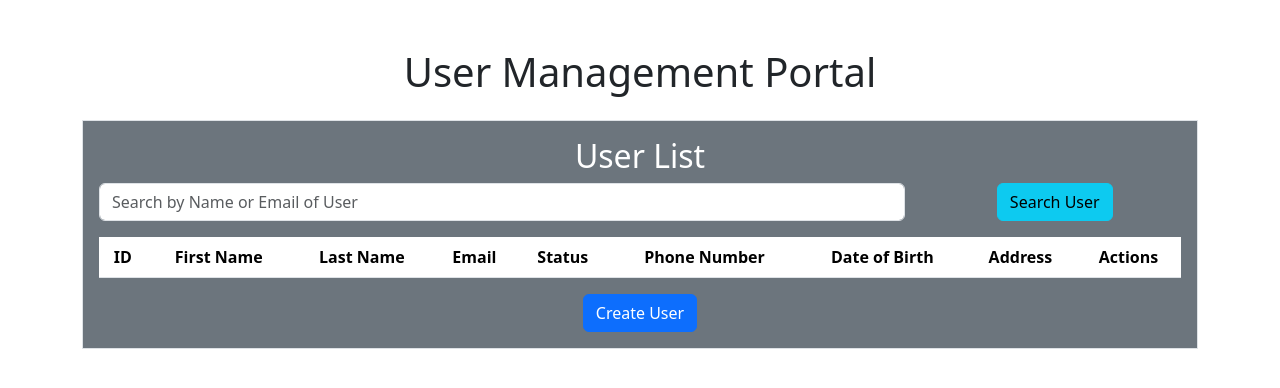
Repository: nairshreejith/reactstudent3
Page: /
An editor plug-in stored every save of this project. The page is shown before and after the next save, followed by the edit.
The browser window is 1280 px wide. The pictures show the whole page.
The page's requests for data from a server got no answer. The project was rebuilt for these pictures with package versions that can differ from the ones it lists, and the page was loaded fresh each time. No one was signed in, and anything a server would have sent is missing.

Above is the page before, as saved 2023-09-15 18:57:00.

### src/App.js
import React, { useState, useEffect } from 'react';
import './App.css';
import './custom.css';
import axios from 'axios';

const api = axios.create({
  baseURL: 'http://localhost:8091', // Replace with your server's URL
});

function App() {
  const [users, setUsers] = useState([]);
  const [searchTerm, setSearchTerm] = useState('');
  const [newUser, setNewUser] = useState({
    firstname: '',
    lastname: '',
    email: '',
    status: '',
    phonenumber: '',
    dob: '',
    address: '',
  });
  const [editingUser, setEditingUser] = useState(null);
  const [showCreateForm, setShowCreateForm] = useState(false); // Track whether to display the create user form

  useEffect(() => {
    fetchUsers();
  }, []);

  const fetchUsers = () => {
    api.get(`/api/users`)
      .then((response) => setUsers(response.data))
      .catch((error) => console.error(error));
  };

  const handleSearch = () => {
    api.get(`/api/users/search/${searchTerm}`)
      .then((response) => setUsers(response.data))
      .catch((error) => console.error(error));
  };

  const handleCreateUser = () => {
    api.post('/api/users', newUser)
      .then(() => {
        fetchUsers();
        setNewUser({
          firstname: '',
          lastname: '',
          email: '',
          status: '',
          phonenumber: '',
          dob: '',
          address: '',
        });
        setShowCreateForm(false);
      })
      .catch((error) => console.error(error));
  };

  const handleModifyUser = (id) => {
    // Implement the logic to modify a user's data
    const modifiedUserData = users.find((user) => user.id === id);

    api.put(`/api/users/${id}`, modifiedUserData)
      .then(() => {
        // Refresh user list after modification
        fetchUsers();
        setEditingUser(null); // Clear the editing state
      })
      .catch((error) => console.error(error));
  };

  const handleDeleteUser = (id) => {
    api.delete(`/api/users/${id}`)
      .then(() => {
        fetchUsers();
      })
      .catch((error) => console.error(error));
  };

  return (
    <div className="App container mt-5">
      <h1 className="mb-4">User Management Portal</h1>
      <div className="border bg-secondary text-white p-3 mb-4">
        <h2>User List</h2>
        <div className="mb-3">
          <div className="row">
            <div className="col-md-9">
              <input type="text" className="form-control" placeholder="Search by Name or Email of User" value={searchTerm} onChange={(e) => setSearchTerm(e.target.value)} />
            </div>
            <div className="col-md-3">
              <button className="btn btn-info" onClick={handleSearch}>Search User</button>
            </div>
          </div>
        </div>
        <table className="table table-striped">
          <thead>
            <tr>
              <th>ID</th>
              <th>First Name</th>
              <th>Last Name</th>
              <th>Email</th>
              <th>Status</th>
              <th>Phone Number</th>
              <th>Date of Birth</th>
              <th>Address</th>
              <th>Actions</th>
            </tr>
          </thead>
          <tbody>
            {users.map((user) => (
              <tr key={user.id}>
                <td>{user.id}</td>
                <td>
                  {editingUser === user.id ? (
                    <input
                      type="text"
                      className="form-control"
                      value={user.firstname}
                      onChange={(e) => {
                        const updatedUser = { ...user, firstname: e.target.value };
                        const updatedUsers = [...users];
                        updatedUsers[updatedUsers.findIndex((u) => u.id === user.id)] = updatedUser;
                        setUsers(updatedUsers);
                      }}
                    />
                  ) : (
                    user.firstname
                  )}
                </td>
                {/* Render other user attributes */}
                <td>{user.lastname}</td>
                <td>{user.email}</td>
                <td>{user.status}</td>
                <td>{user.phonenumber}</td>
                <td>{user.dob}</td>
                <td>{user.address}</td>
                <td>
                  {editingUser === user.id ? (
                    <button className="btn btn-success" onClick={() => handleModifyUser(user.id)}>Save User</button>
                  ) : (
                    <>
                      <button className="btn btn-warning" onClick={() => setEditingUser(user.id)}>Edit User</button>
                      <button className="btn btn-danger" onClick={() => handleDeleteUser(user.id)}>Delete User</button>
                    </>
                  )}
                </td>
              </tr>
            ))}
          </tbody>
        </table>
        <button className="btn btn-primary" onClick={() => setShowCreateForm(!showCreateForm)}>
          {showCreateForm ? "Cancel" : "Create User"}
        </button>
        {showCreateForm && (
          <div>
            <h2>Create New User</h2>
            <div className="row">
              <div className="col-md-3">
                <input type="text" className="form-control" placeholder="First Name" value={newUser.firstname} onChange={(e) => setNewUser({ ...newUser, firstname: e.target.value })} />
              </div>
              <div className="col-md-3">
                <input type="text" className="form-control" placeholder="Last Name" value={newUser.lastname} onChange={(e) => setNewUser({ ...newUser, lastname: e.target.value })} />
              </div>
              <div className="col-md-3">
                <input type="text" className="form-control" placeholder="Email" value={newUser.email} onChange={(e) => setNewUser({ ...newUser, email: e.target.value })} />
              </div>
              <div className="col-md-3">
                <input type="text" className="form-control" placeholder="Status" value={newUser.status} onChange={(e) => setNewUser({ ...newUser, status: e.target.value })} />
              </div>
            </div>
            <div className="row mt-3">
              <div className="col-md-3">
                <input type="text" className="form-control" placeholder="Phone Number" value={newUser.phonenumber} onChange={(e) => setNewUser({ ...newUser, phonenumber: e.target.value })} />
              </div>
              <div className="col-md-3">
                <input type="text" className="form-control" placeholder="Date of Birth" value={newUser.dob} onChange={(e) => setNewUser({ ...newUser, dob: e.target.value })} />
              </div>
              <div className="col-md-3">
                <input type="text" className="form-control" placeholder="Address" value={newUser.address} onChange={(e) => setNewUser({ ...newUser, address: e.target.value })} />
              </div>
              <div className="mb-4 p-3">
                <button className="btn bg-success" onClick={handleCreateUser}>Create User</button>
              </div>
            </div>
          </div>
        )}
      </div>
    </div>
  );
}

export default App;

### src/App.css
.App {
  text-align: center;

}


.App-logo {
  height: 40vmin;
  pointer-events: none;
}

@media (prefers-reduced-motion: no-preference) {
  .App-logo {
    animation: App-logo-spin infinite 20s linear;
  }
}

.App-header {
  background-color: black;
  min-height: 100vh;
  display: flex;
  flex-direction: column;
  align-items: center;
  justify-content: center;
  font-size: calc(10px + 2vmin);
  color: white;
}

.App-link {
  color: #61dafb;
}

@keyframes App-logo-spin {
  from {
    transform: rotate(0deg);
  }
  to {
    transform: rotate(360deg);
  }
}

### src/custom.css



body {
    background-color: black;
    color: white; /* Set the text color to white */
}

Loaded but not shown: public/index.html (common file); src/index.js (common file); src/reportWebVitals.js (common file); src/index.css (no stored copy; drawn as an empty file)

After the next save:
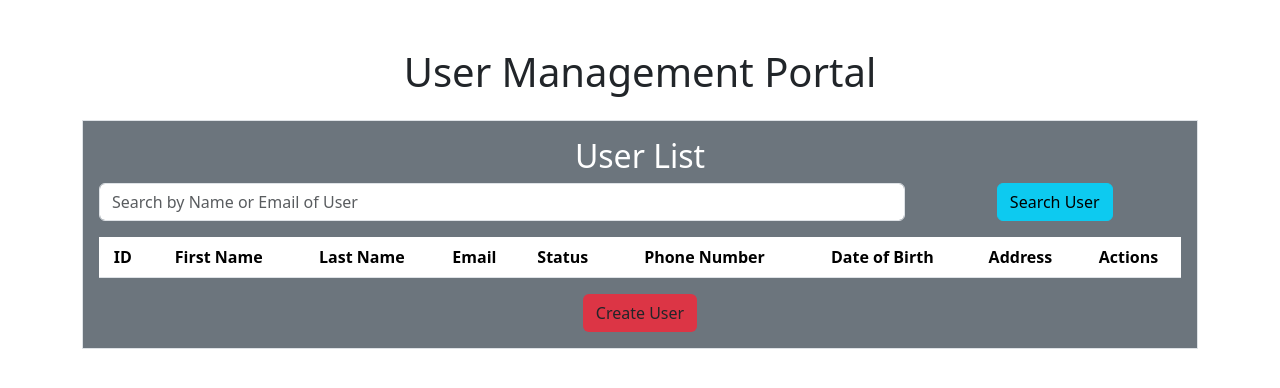
Saved 33 s later.
--- a/src/App.js
+++ b/src/App.js
@@ -148,7 +148,7 @@ function App() {
             ))}
           </tbody>
         </table>
-        <button className="btn btn-primary" onClick={() => setShowCreateForm(!showCreateForm)}>
+        <button className="btn bg-danger" onClick={() => setShowCreateForm(!showCreateForm)}>
           {showCreateForm ? "Cancel" : "Create User"}
         </button>
         {showCreateForm && (
